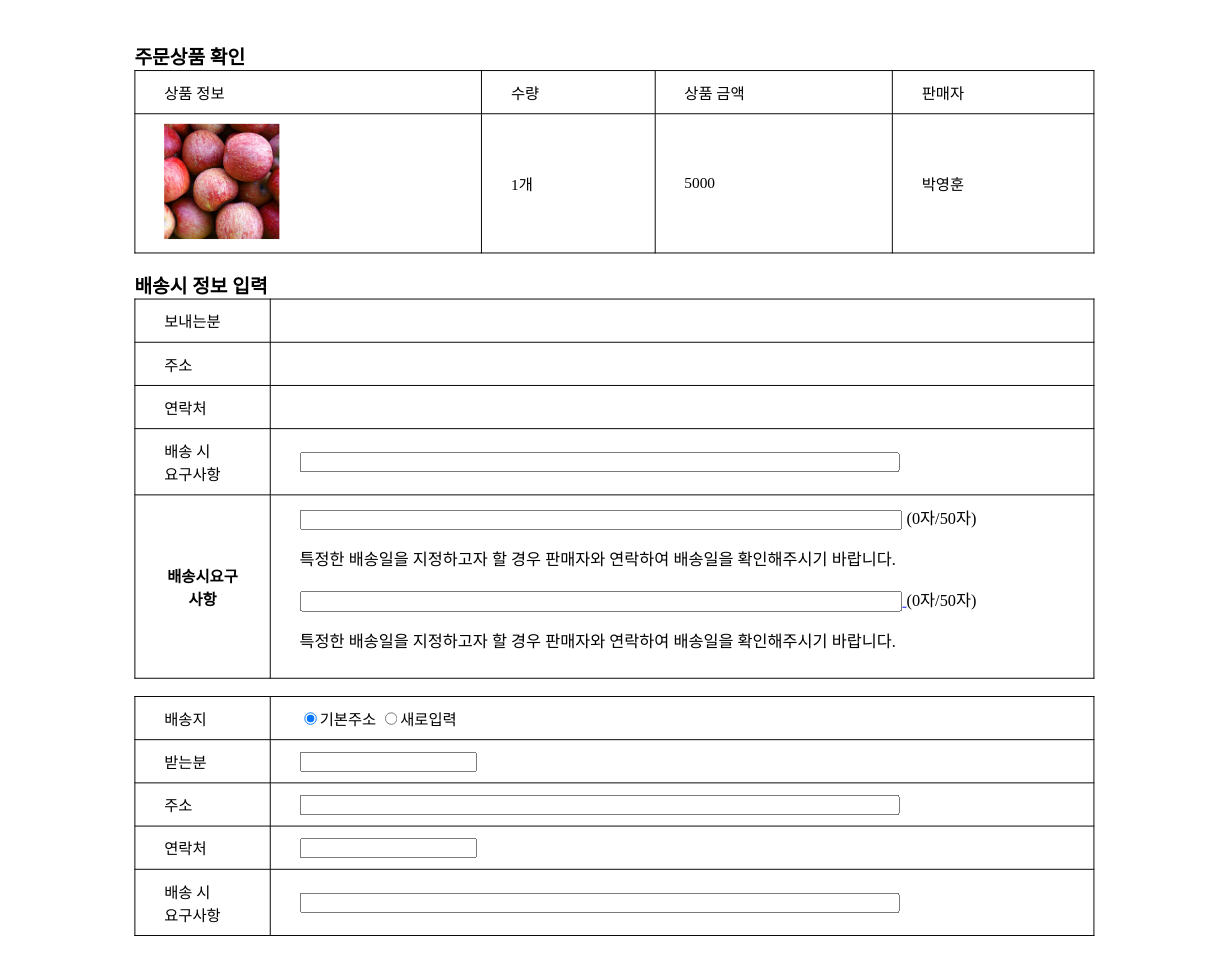
Repository: fellownew/project_workspace
Page: http://localhost/shoppingmall/WEB-INF/view/body/buyer/buyer_order_form.jsp
The author's editor kept a copy of each file at every save. The page is drawn from the files as they stood at one save, then again after the next save.
The browser window is 1280 px wide. The pictures show the whole page, at 96% of full size.
The page is served by Tomcat 9. Nobody is signed in. The template is opened directly, without the code that normally fills it, so the values that code supplies are empty.

Above is the page before, as saved 2015-06-04 02:09:17.
Console error: ReferenceError: prodNMArr is not defined

After the next save:
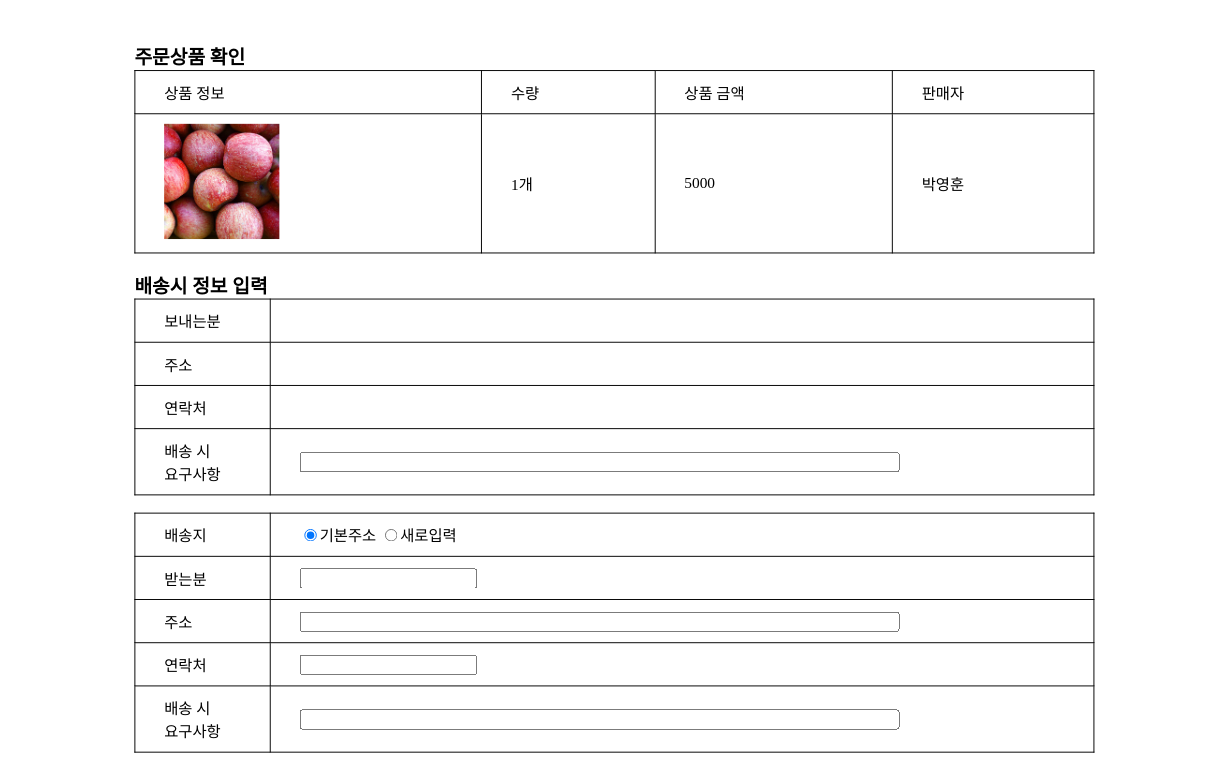
The error is gone.
Saved 4 min 59 s later.
--- a/shoppingmall/WebContent/WEB-INF/view/body/buyer/buyer_order_form.jsp
+++ b/shoppingmall/WebContent/WEB-INF/view/body/buyer/buyer_order_form.jsp
@@ -95,85 +95,7 @@
 				<td>배송 시<br>요구사항</td>
 				<td style="text-align:left"><input type="text" name="" id="" size="75"></td>
 			</tr>
-							<tr >
-					<th scope="row">
-						<label for="prdOrdDlvReqCont0">배송시요구사항</label>
-						<div style="display:none">
-							<label class="prd_input" for="chkCont"><input type="checkbox" id="chkCont" name="chkCont" onclick="javascript:step2.contTypeChange(this);">상품별 입력</label>
-						</div>
-					</th>
-					<td>
 
-							<!-- 자동완성기능 때문에 CSS가 다릅니다. 오버시 textbox_over, 입력 후에는 textbox  -->
-							<span id="ordDlvReqContSpan">
-							<div class="toGo_OrderD">
-								<label for="prdOrdDlvReqCont0">
-										<input type="text" style="width:620px;" id='prdOrdDlvReqCont0' name='prdOrdDlvReqCont' value="" onclick="layerView('autoSentence00');" onkeydown="javascript:step2.calcTextareaValueLength(this, document.getElementById('ordDlvReqContCountSpan'));" onkeyup="javascript:step2.calcTextareaValueLength(this , document.getElementById('ordDlvReqContCountSpan'));">
-								</label>
-								(<span id="ordDlvReqContCountSpan">0</span>자/50자)
-
-								<div class="toGo_OptionLyWrap">
-									<div class="toGo_OptionLy" id="autoSentence00" onMouseOver="layerView('autoSentence00');" onMouseOut="layerHidden('autoSentence00');" style="display:none">
-										<ul>
-
-											<li><a href="javascript:setDlvReqCont('옥상 문 앞에 보관해주세요. 감사합니다.', document.mainform.prdOrdDlvReqCont, 'ordDlvReqContCountSpan','autoSentence00');">옥상 문 앞에 보관해주세요. 감사합니다.</a></li>
-
-											<li><a href="javascript:setDlvReqCont('부재시 경비실에 맡겨주세요.', document.mainform.prdOrdDlvReqCont, 'ordDlvReqContCountSpan','autoSentence00');">부재시 경비실에 맡겨주세요.</a></li>
-
-											<li><a href="javascript:setDlvReqCont('빠른 배송 부탁드립니다.', document.mainform.prdOrdDlvReqCont, 'ordDlvReqContCountSpan','autoSentence00');">빠른 배송 부탁드립니다.</a></li>
-
-											<li><a href="javascript:setDlvReqCont('부재시 핸드폰으로 연락바랍니다.', document.mainform.prdOrdDlvReqCont, 'ordDlvReqContCountSpan','autoSentence00');">부재시 핸드폰으로 연락바랍니다.</a></li>
-
-											<li><a href="javascript:setDlvReqCont('배송 전 연락바랍니다.', document.mainform.prdOrdDlvReqCont, 'ordDlvReqContCountSpan','autoSentence00');">배송 전 연락바랍니다.</a></li>
-
-
-										</ul>
-									</div>
-								</div>
-								<p class="cp_desc">특정한 배송일을 지정하고자 할 경우 판매자와 연락하여 배송일을 확인해주시기 바랍니다.</p>
-
-							</div>
-							</span>
-
-
-
-							<span id="ordDlvReqContPrdSpan" name="ordDlvReqContPrdSpan">
-							<div class="toGo_OrderD">
-								<div class="GoodsName"><script>document.write(prodNMArr[0]);</script></div>
-								<label for="ordDlvReqContPrd1">
-									<a href="javascript:void(0);"  onclick="layerView('autoSentence0');">
-										<input type="text" style="width:620px;" name="ordDlvReqContPrd" id="ordDlvReqContPrd1" size="20" onclick="layerView('autoSentence0');"  onkeydown="javascript:step2.calcTextareaValueLength(this , document.getElementById('ordDlvReqContPrdConutSpan0'));" onkeyup="javascript:step2.calcTextareaValueLength(this , document.getElementById('ordDlvReqContPrdConutSpan0'));">
-									</a>
-								</label>
-								(<span id="ordDlvReqContPrdConutSpan0">0</span>자/50자)
-
-								<div class="toGo_OptionLyWrap">
-									<div class="toGo_OptionLy" id="autoSentence0" onMouseOver="layerView('autoSentence0');" onMouseOut="layerHidden('autoSentence0');" style="display:none">
-										<ul>
-
-											<li><a href="javascript:setDlvReqCont('옥상 문 앞에 보관해주세요. 감사합니다.', document.getElementById('ordDlvReqContPrd1'), 'ordDlvReqContCountSpan0','autoSentence0');">옥상 문 앞에 보관해주세요. 감사합니다.</a></li>
-
-											<li><a href="javascript:setDlvReqCont('부재시 경비실에 맡겨주세요.', document.getElementById('ordDlvReqContPrd1'), 'ordDlvReqContCountSpan0','autoSentence0');">부재시 경비실에 맡겨주세요.</a></li>
-
-											<li><a href="javascript:setDlvReqCont('빠른 배송 부탁드립니다.', document.getElementById('ordDlvReqContPrd1'), 'ordDlvReqContCountSpan0','autoSentence0');">빠른 배송 부탁드립니다.</a></li>
-
-											<li><a href="javascript:setDlvReqCont('부재시 핸드폰으로 연락바랍니다.', document.getElementById('ordDlvReqContPrd1'), 'ordDlvReqContCountSpan0','autoSentence0');">부재시 핸드폰으로 연락바랍니다.</a></li>
-
-											<li><a href="javascript:setDlvReqCont('배송 전 연락바랍니다.', document.getElementById('ordDlvReqContPrd1'), 'ordDlvReqContCountSpan0','autoSentence0');">배송 전 연락바랍니다.</a></li>
-
-										</ul>
-									</div>
-								</div>
-
-								<p class="cp_desc">특정한 배송일을 지정하고자 할 경우 판매자와 연락하여 배송일을 확인해주시기 바랍니다.</p>
-
-							</div>
-							</span>
-
-
-						</div>
-					</td>
-				</tr>
 	</table><br>
 
 	<table class="center">
